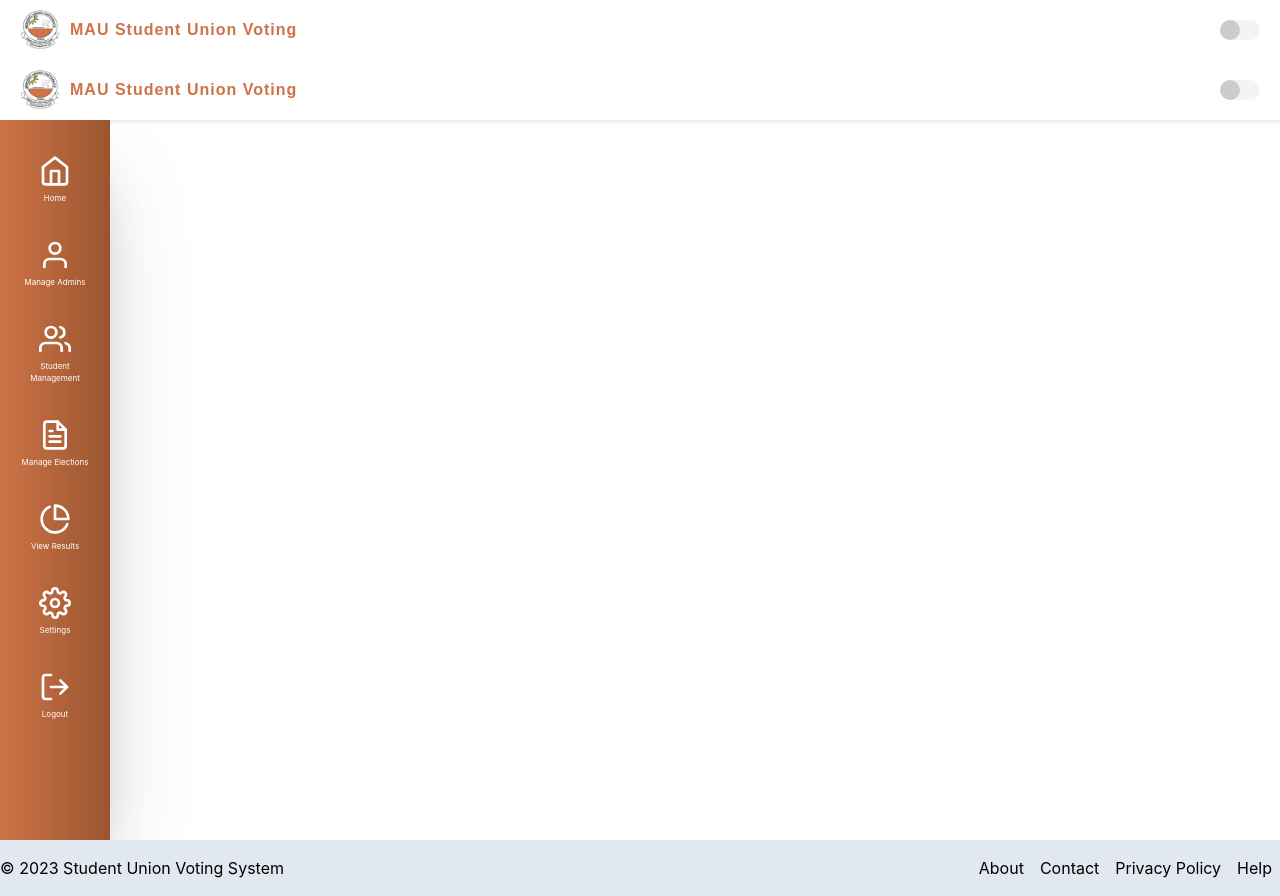
Repository: joena1o/e-vote
Page: /admin-dashboard/student-management
These files come from the project's save history. The page is drawn as it stood at one moment and after the next save; the edit follows.
The browser window is 1280 px wide. The pictures show the whole page.
The project was rebuilt for these pictures with package versions that can differ from the ones it lists, and the page was loaded fresh each time. Also part of the build but not shown: src/components/EnhancedLogin.js, src/components/BottomNav.js, src/api/index.js, src/components/maincontent/home/Home.styles.js, src/components/maincontent/home/Home.js, src/components/maincontent/RegisterStudents/ManageStudents.js, src/components/maincontent/RegisterStudents/RegisterStudents.js, src/components/maincontent/RegisterStudents/StudentManagement.js and 24 more.

Above is the page before, as saved 2023-12-15 06:20:51.

After the next save:
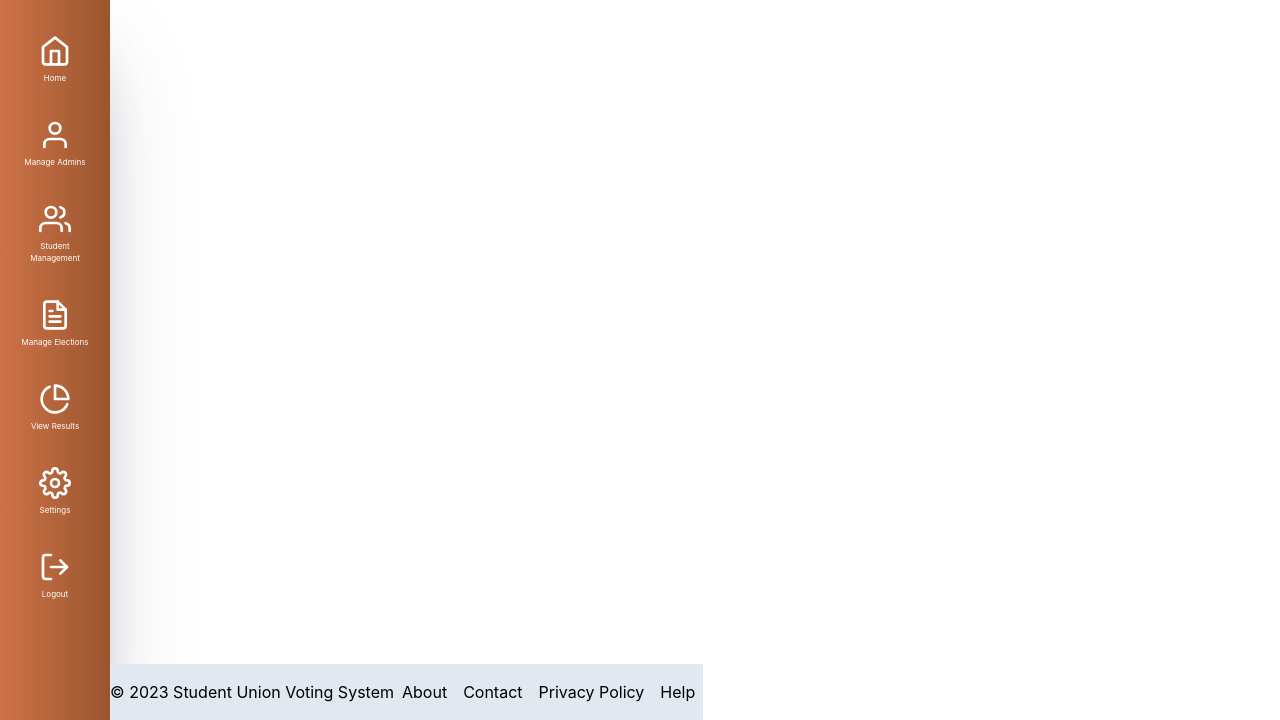
Saved 2 min 13 s later.
--- a/src/components/AdminDashboard.js
+++ b/src/components/AdminDashboard.js
@@ -1,6 +1,6 @@
 // AdminDashboard.js
 import React from 'react';
-import { Routes, Route } from 'react-router-dom';
+import { Routes, Route, Navigate } from 'react-router-dom';
 import styled from 'styled-components';
 import Sidebar from './Sidebar';
 import Navbar from './Navbar';
@@ -58,8 +58,8 @@ const AdminDashboard = () => {
   return (
     <AdminDashboardContainer>
       <Container>
-        <FixedNavbar />
-        {!isSmallScreen && <Navbar />} {/* Display Navbar in desktop view */}
+        {isSmallScreen && <FixedNavbar />}
+        {isSmallScreen && <Navbar />} {/* Display Navbar in mobile view */}
         <Content>
           {isSmallScreen ? (
             <Routes>
@@ -72,26 +72,28 @@ const AdminDashboard = () => {
               <Route path="election-Results" element={<ElectionVotesLog />} />
             </Routes>
           ) : (
-            <Sidebar>
-              {/* Render desktop view routes inside Sidebar */}
-              <Routes>
-                <Route index element={<Home />} />
-                <Route path="student-management" element={<StudentManagement />} />
-                <Route path="view-results" element={<ViewResults />} />
-                <Route path="settings" element={<Settings />} />
-                <Route path="manage-admin" element={<ManageAdmin />} />
-                <Route path="manage-elections" element={<ManageElections />} />
-                <Route path="election-Results" element={<ElectionVotesLog />} />
-              </Routes>
-            </Sidebar>
+            <>
+              {/* Render desktop view routes */}
+              <Sidebar>
+                <Routes>
+                  <Route index element={<Navigate to="/home" replace />} />
+                  <Route path="home" element={<Home />} />
+                  <Route path="student-management" element={<StudentManagement />} />
+                  <Route path="view-results" element={<ViewResults />} />
+                  <Route path="settings" element={<Settings />} />
+                  <Route path="manage-admin" element={<ManageAdmin />} />
+                  <Route path="manage-elections" element={<ManageElections />} />
+                  <Route path="election-Results" element={<ElectionVotesLog />} />
+                </Routes>
+              </Sidebar>
+              <Footer />
+            </>
           )}
         </Content>
-        {isSmallScreen ? (
+        {isSmallScreen && (
           <BottomNavContainer>
             <BottomNav />
           </BottomNavContainer>
-        ) : (
-          <Footer />
         )}
       </Container>
     </AdminDashboardContainer>
